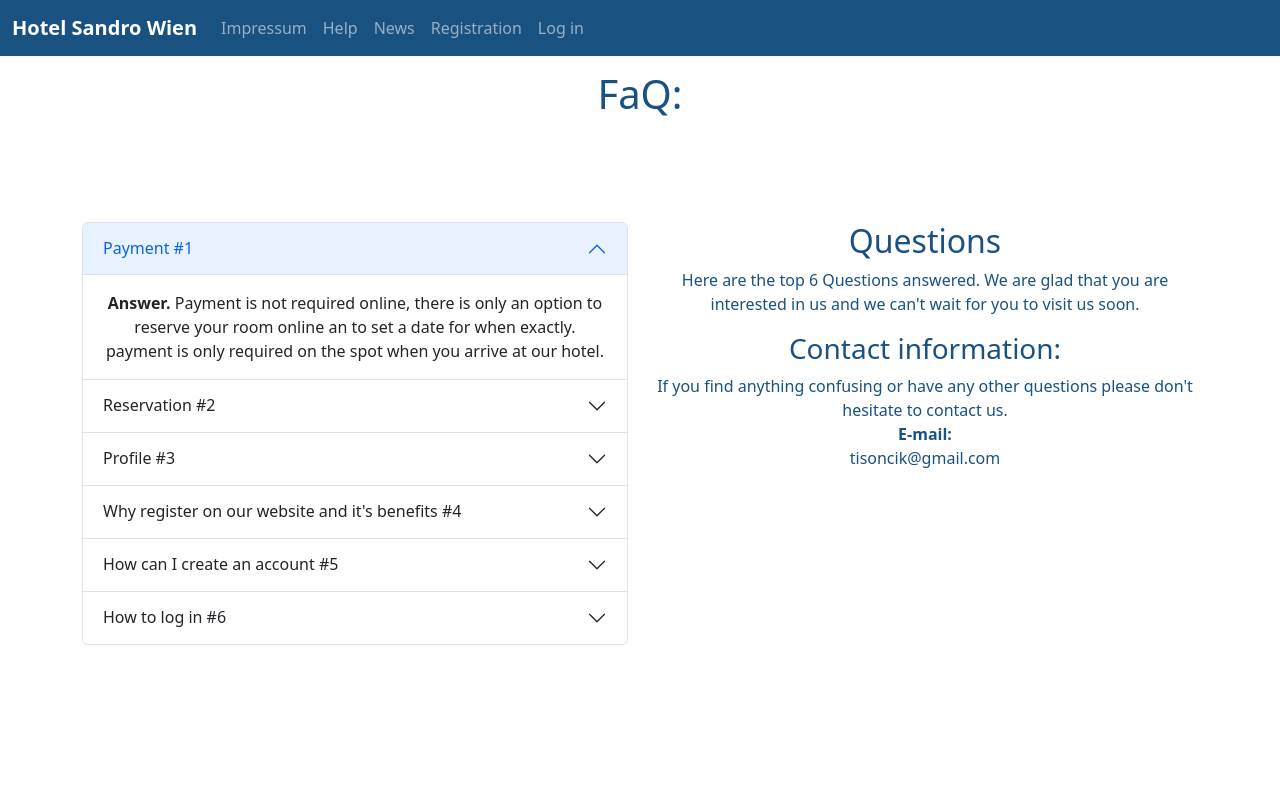
Repository: TIS0N/Hotel_Sandro
Page: http://localhost/pages/help.php
An editor plug-in stored every save of this project. The page is shown before and after the next save, followed by the edit.
The browser window is 1280 px wide. The pictures show the whole page.
The page is run by PHP 8.4 with error messages shown; the project is at /var/www/html/.

Above is the page before, as saved 2023-01-16 01:03:23.

After the next save:
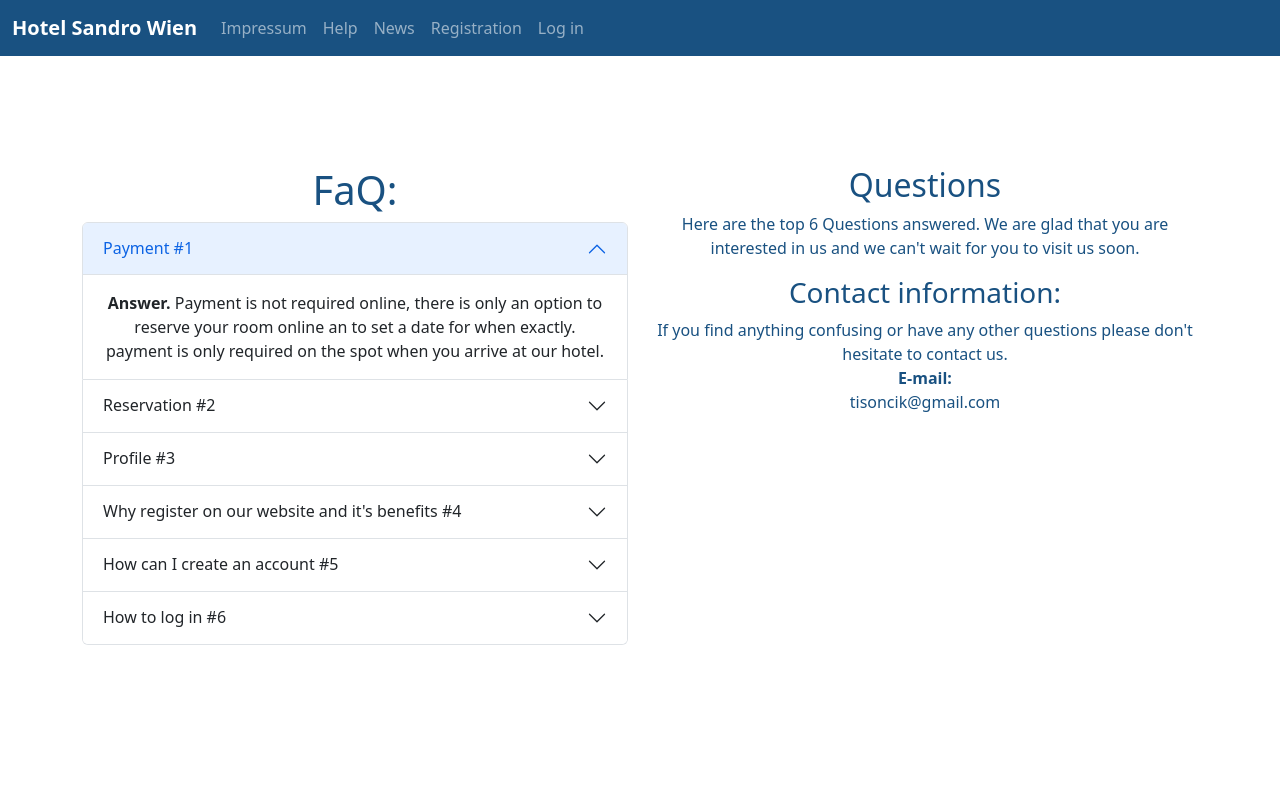
Saved 4 min 6 s later.
--- a/pages/help.php
+++ b/pages/help.php
@@ -18,28 +18,6 @@
 include "../inc/navigation.php";
 ?>
 
-<h1>FaQ:</h1>
-<!--
-    <div class="container text-center">
-        <div class="row align-items-start">
-            <div class="col">
-            One of three columns
-            </div>
-            <div class="col">
-            One of three columns
-            </div>
-        </div>
-    </div>
-
-    <h1>Hotel Sandro Wien</h1>
-    <h2>Help Q&A</h2>
-    <h3>Most asked questions</h3>
-    <p>How can I create an account?</p><br>
-    <p>How to log in?</p><br>
-    <p>Why Hotel Sandro</p><br><br><br><br>
-    <h1>To find out more, contact us here: email@gmail.com</h1>
--->
-
 <div class="jumbotron text-center">
         <br><br><br><br>
     </div>
@@ -47,7 +25,7 @@
     <div class="container">
         <div class="row">
             <div class="col-sm-6">
-
+                <h1>FaQ:</h1>
                 <div class="accordion" id="accordionQuestions">
                     <div class="accordion-item">
                         <h2 class="accordion-header" id="question1">

After the save that followed:
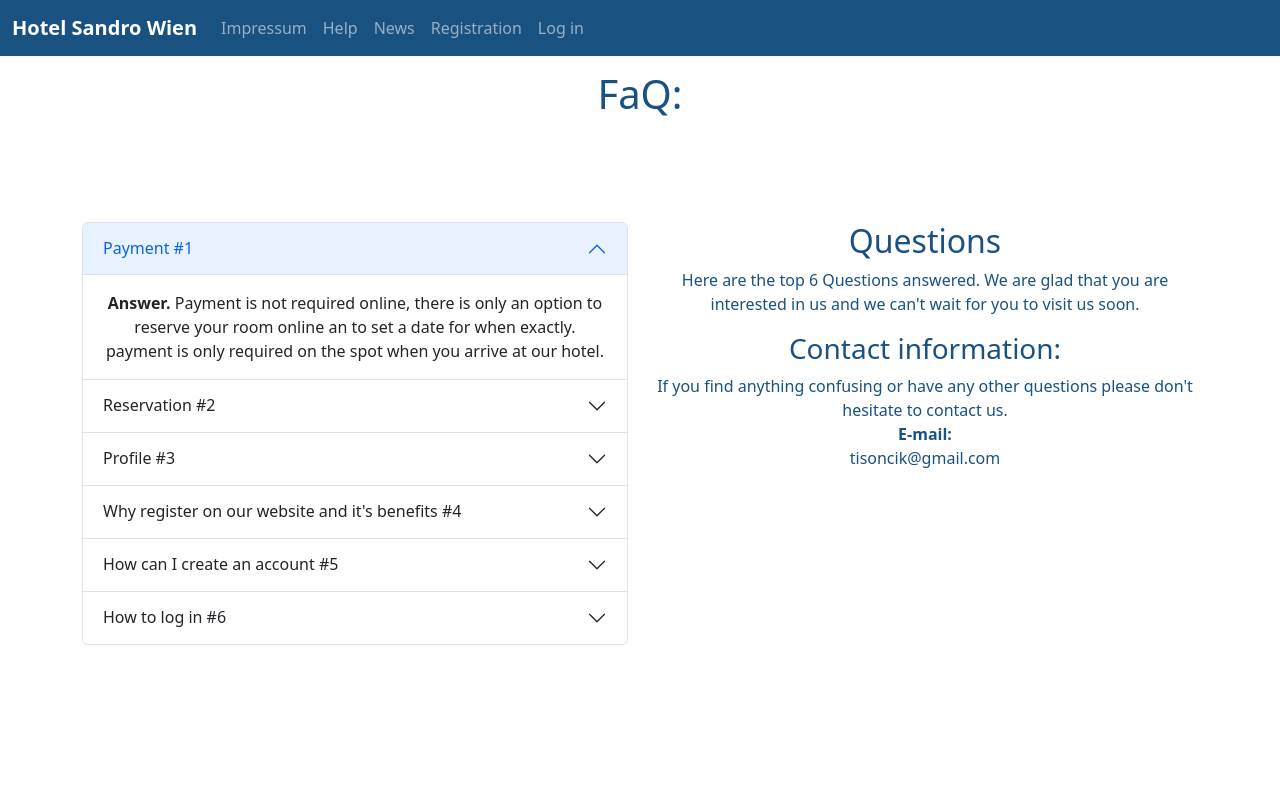
Saved 22 s later.
--- a/pages/help.php
+++ b/pages/help.php
@@ -18,6 +18,8 @@
 include "../inc/navigation.php";
 ?>
 
+<h1>FaQ:</h1>
+
 <div class="jumbotron text-center">
         <br><br><br><br>
     </div>
@@ -25,7 +27,7 @@
     <div class="container">
         <div class="row">
             <div class="col-sm-6">
-                <h1>FaQ:</h1>
+
                 <div class="accordion" id="accordionQuestions">
                     <div class="accordion-item">
                         <h2 class="accordion-header" id="question1">
